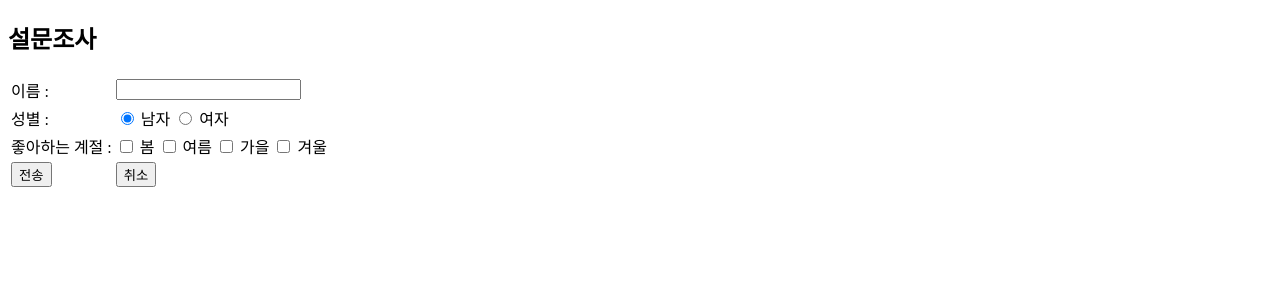
Repository: o3orr/jsp_study
Page: http://localhost/web-study-04/02_researchForm.jsp
An editor plug-in stored every save of this project. The page is shown before and after the next save, followed by the edit.
The browser window is 1280 px wide. The pictures show the whole page.
The page is served by Tomcat 9. Other server files are loaded and not shown.

Above is the page before, as saved 2024-02-29 08:25:33.

### web-study-04/src/main/webapp/02_researchForm.jsp
<%@ page language="java" contentType="text/html; charset=UTF-8"
    pageEncoding="UTF-8"%>
<!DOCTYPE html>
<html>
<head>
<meta charset="UTF-8">
<title>Insert title here</title>
<style>

</style>
</head>
<body>

	<h2>설문조사</h2>
	<form action="02_research.jsp" method="post">
		<table>
			<tr>
				<td>이름 : </td>
				<td>
					<input type="text" name="name" size="20">
				</td>
            </tr>

            <tr>
                <td>성별 : </td>
                <td>
                    <input type="radio" name="gender" value="male" checked="checked"> 남자
                    <input type="radio" name="gender" value="female"> 여자
                </td>
            </tr>

            <tr>
                <td>좋아하는 계절 : </td>
                <td>
                    <input type="checkbox" name="season" value="1"> 봄
                    <input type="checkbox" name="season" value="2"> 여름
                    <input type="checkbox" name="season" value="3"> 가을
                    <input type="checkbox" name="season" value="4"> 겨울
                </td>
            </tr>

            <tr align: center;>
                <td><input class="button" type="submit" value="전송"></td>
                <td><input class="button" type="button" value="취소"></td>
            </tr>
		</table>

	</form>
</body>
</html>

After the next save:
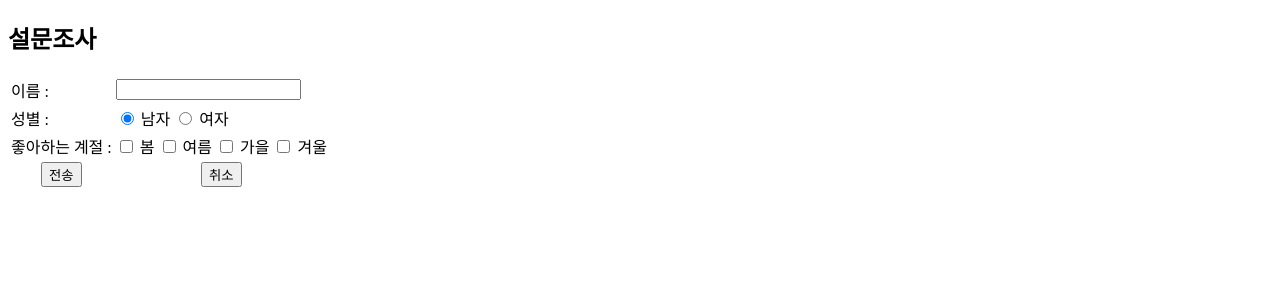
Saved 12 s later.
--- a/web-study-04/src/main/webapp/02_researchForm.jsp
+++ b/web-study-04/src/main/webapp/02_researchForm.jsp
@@ -39,7 +39,7 @@
                 </td>
             </tr>
 
-            <tr align: center;>
+            <tr align="center">
                 <td><input class="button" type="submit" value="전송"></td>
                 <td><input class="button" type="button" value="취소"></td>
             </tr>
